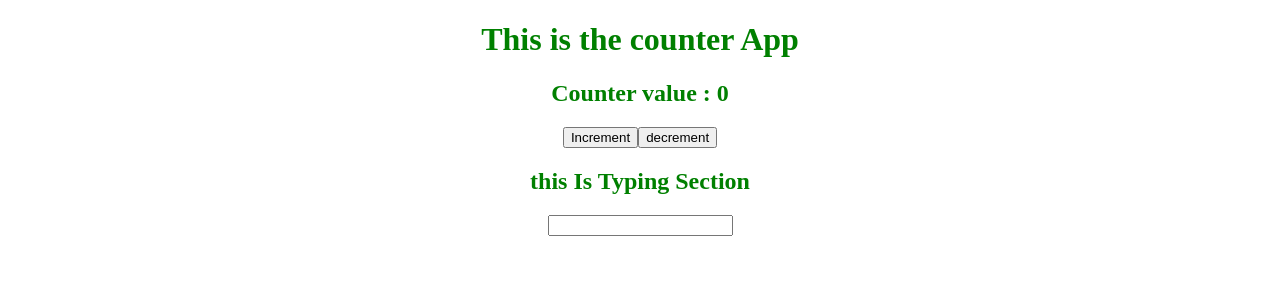
Repository: Gauravyadav678/GcounterApp
Page: / (app in gcounter/)
An editor plug-in stored every save of this project. The page is shown before and after the next save, followed by the edit.
The browser window is 1280 px wide. The pictures show the whole page.
The project was rebuilt for these pictures with package versions that can differ from the ones it lists, and the page was loaded fresh each time. Also part of the build but not shown: gcounter/src/index.css.

Above is the page before, as saved 2024-10-23 16:01:16.

### gcounter/public/index.html
<!DOCTYPE html>
<html lang="en">
  <head>
    <meta charset="utf-8" />

    <meta name="viewport" content="width=device-width, initial-scale=1" />
    <meta name="theme-color" content="#000000" />


  </head>
  <body>

    <div id="root"></div>
  </body>
</html>

### gcounter/src/App.js

import './App.css';
import TypingWithG from './components/typing';
import CounterApp from './counter';


function App() {
  return (
    <div className="App">
      <>
      <h1>This is the counter App</h1>
      <CounterApp/>
      <TypingWithG/>
      </>
    </div>
  );
}

export default App;

### gcounter/src/App.css
.App{
  text-align: center;
  color: green;
}

### gcounter/src/components/typing.js
import React , {useState} from "react";

function TypingWithG () {

    const [typed,setTyped]=useState('');

    const typing = (event) =>{
        setTyped(event.target.value);
    }
    return(
        <>
        <h2> this Is  Typing Section </h2>
         <p>{typed}</p>
         <input onChange={typing} value={typed}></input>
        </>
    )
}

export default TypingWithG;

### gcounter/src/counter.js
import React, {useState } from 'react';

function CounterApp(){

    const [count, setCount]=useState(0);

    const increment=()=>{
        setCount(count+1);
    }

    const decrement = () => {
        setCount(count-1);
    }
    return(
        <>
        <h2>Counter value : {count}</h2>
        <button onClick={increment}>Increment</button>
        <button onClick={decrement}>decrement</button>
        </>
    )
}

export default CounterApp;

### gcounter/src/components/stopWatch.js
import React ,{useState , useEffect} from "react";

function StopWatch(){
    return(
        <>
        <h1>
         thi is the my Stop Watch
        </h1>
        </>
    )
}

export default StopWatch;

Loaded but not shown: gcounter/src/index.js (common file); gcounter/src/reportWebVitals.js (common file)

After the next save:
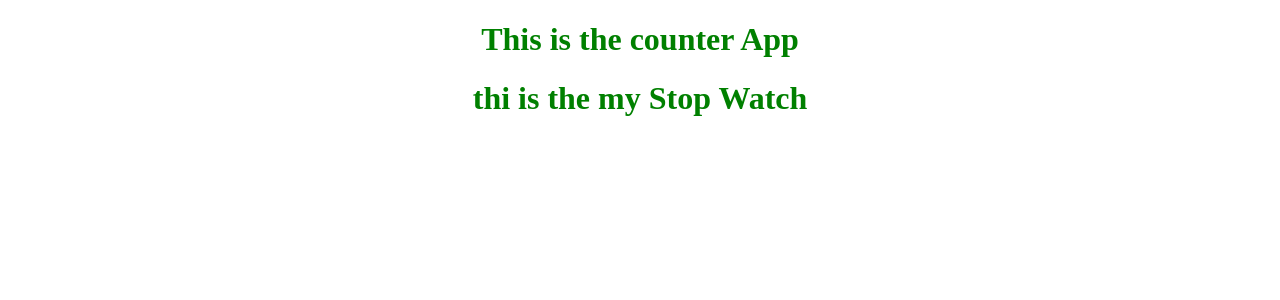
Saved 11 s later.
--- a/gcounter/src/App.js
+++ b/gcounter/src/App.js
@@ -1,5 +1,6 @@
 
 import './App.css';
+import StopWatch from './components/stopWatch';
 import TypingWithG from './components/typing';
 import CounterApp from './counter';
 
@@ -9,8 +10,9 @@ function App() {
     <div className="App">
       <>
       <h1>This is the counter App</h1>
-      <CounterApp/>
-      <TypingWithG/>
+      {/* <CounterApp/>
+      <TypingWithG/> */}
+      <StopWatch/>
       </>
     </div>
   );
